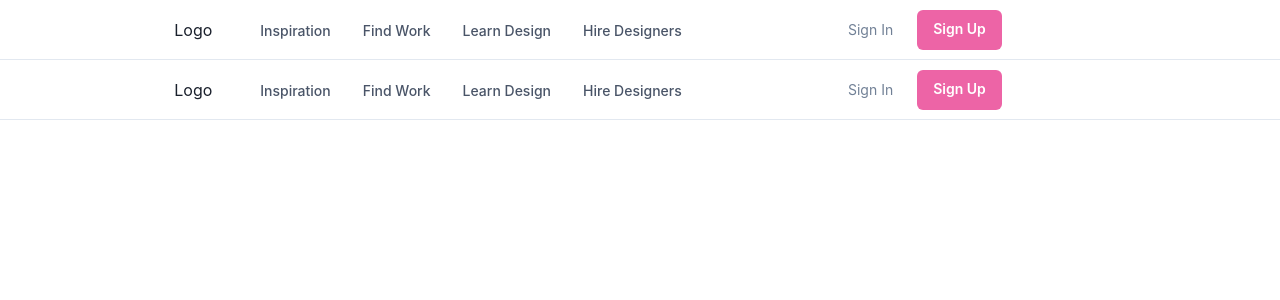
Repository: phob0/stake-app
Page: /layout
The author's editor kept a copy of each file at every save. The page is drawn from the files as they stood at one save, then again after the next save.
The browser window is 1280 px wide. The pictures show the whole page.
The project was rebuilt for these pictures with package versions that can differ from the ones it lists, and the page was loaded fresh each time. The framework's server and built-in components were replaced by stand-ins that run in the browser. Also part of the build but not shown: next.config.js.

Above is the page before, as saved 2023-08-31 03:22:55.

### pages/_app.tsx
import type { AppProps } from 'next/app'
import Layout from './layout'
import { ChakraProvider } from '@chakra-ui/react'

export default function ({ Component, pageProps }: AppProps) {
    return (
        <ChakraProvider>
            <Layout>
                <Component {...pageProps} />
            </Layout>
        </ChakraProvider>
    )
}

### pages/layout.tsx

import Navbar from './../components/Navbar/Navbar'

export default function Layout({ children }: {
    children: React.ReactNode;
}) {
    return (
        <div className="content">
            <Navbar />
            {children}
        </div>
    );
}

### components/Navbar/Navbar.tsx
'use client'

import {
  Box,
  Flex,
  Text,
  IconButton,
  Button,
  Stack,
  Collapse,
  Icon,
  Popover,
  PopoverTrigger,
  PopoverContent,
  useColorModeValue,
  useBreakpointValue,
  useDisclosure,
} from '@chakra-ui/react'
import {
  HamburgerIcon,
  CloseIcon,
  ChevronDownIcon,
  ChevronRightIcon,
} from '@chakra-ui/icons'

export default function Navbar() {
  const { isOpen, onToggle } = useDisclosure()

  return (
    <Box>
      <Flex
        bg={useColorModeValue('white', 'gray.800')}
        color={useColorModeValue('gray.600', 'white')}
        minH={'60px'}
        py={{ base: 2 }}
        px={{ base: 4 }}
        borderBottom={1}
        borderStyle={'solid'}
        borderColor={useColorModeValue('gray.200', 'gray.900')}
        align={'center'}>
        <Flex
          flex={{ base: 1, md: 'auto' }}
          ml={{ base: -2 }}
          display={{ base: 'flex', md: 'none' }}>
          <IconButton
            onClick={onToggle}
            icon={isOpen ? <CloseIcon w={3} h={3} /> : <HamburgerIcon w={5} h={5} />}
            variant={'ghost'}
            aria-label={'Toggle Navigation'}
          />
        </Flex>
        <Flex flex={{ base: 2 }} justify={{ base: 'center', md: 'center' }}>
          <Text
            textAlign={useBreakpointValue({ base: 'center', md: 'left' })}
            fontFamily={'heading'}
            color={useColorModeValue('gray.800', 'white')}>
            Logo
          </Text>

          <Flex display={{ base: 'none', md: 'flex' }} ml={10}>
            <DesktopNav />
          </Flex>
        </Flex>

        <Stack
          flex={{ base: 1, md: 1 }}
          justify={'flex-center'}
          direction={'row'}
          spacing={6}>
          <Button as={'a'} fontSize={'sm'} fontWeight={400} variant={'link'} href={'#'}>
            Sign In
          </Button>
          <Button
            as={'a'}
            display={{ base: 'none', md: 'inline-flex' }}
            fontSize={'sm'}
            fontWeight={600}
            color={'white'}
            bg={'pink.400'}
            href={'#'}
            _hover={{
              bg: 'pink.300',
            }}>
            Sign Up
          </Button>
        </Stack>
      </Flex>

      <Collapse in={isOpen} animateOpacity>
        <MobileNav />
      </Collapse>
    </Box>
  )
}

const DesktopNav = () => {
  const linkColor = useColorModeValue('gray.600', 'gray.200')
  const linkHoverColor = useColorModeValue('gray.800', 'white')
  const popoverContentBgColor = useColorModeValue('white', 'gray.800')

  return (
    <Stack direction={'row'} spacing={4}>
      {NAV_ITEMS.map((navItem) => (
        <Box key={navItem.label}>
          <Popover trigger={'hover'} placement={'bottom-start'}>
            <PopoverTrigger>
              <Box
                as="a"
                p={2}
                href={navItem.href ?? '#'}
                fontSize={'sm'}
                fontWeight={500}
                color={linkColor}
                _hover={{
                  textDecoration: 'none',
                  color: linkHoverColor,
                }}>
                {navItem.label}
              </Box>
            </PopoverTrigger>

            {navItem.children && (
              <PopoverContent
                border={0}
                boxShadow={'xl'}
                bg={popoverContentBgColor}
                p={4}
                rounded={'xl'}
                minW={'sm'}>
                <Stack>
                  {navItem.children.map((child) => (
                    <DesktopSubNav key={child.label} {...child} />
                  ))}
                </Stack>
              </PopoverContent>
            )}
          </Popover>
        </Box>
      ))}
    </Stack>
  )
}

const DesktopSubNav = ({ label, href, subLabel }: NavItem) => {
  return (
    <Box
      as="a"
      href={href}
      role={'group'}
      display={'block'}
      p={2}
      rounded={'md'}
      _hover={{ bg: useColorModeValue('pink.50', 'gray.900') }}>
      <Stack direction={'row'} align={'center'}>
        <Box>
          <Text
            transition={'all .3s ease'}
            _groupHover={{ color: 'pink.400' }}
            fontWeight={500}>
            {label}
          </Text>
          <Text fontSize={'sm'}>{subLabel}</Text>
        </Box>
        <Flex
          transition={'all .3s ease'}
          transform={'translateX(-10px)'}
          opacity={0}
          _groupHover={{ opacity: '100%', transform: 'translateX(0)' }}
          justify={'flex-end'}
          align={'center'}
          flex={1}>
          <Icon color={'pink.400'} w={5} h={5} as={ChevronRightIcon} />
        </Flex>
      </Stack>
    </Box>
  )
}

const MobileNav = () => {
  return (
    <Stack bg={useColorModeValue('white', 'gray.800')} p={4} display={{ md: 'none' }}>
      {NAV_ITEMS.map((navItem) => (
        <MobileNavItem key={navItem.label} {...navItem} />
      ))}
    </Stack>
  )
}

const MobileNavItem = ({ label, children, href }: NavItem) => {
  const { isOpen, onToggle } = useDisclosure()

  return (
    <Stack spacing={4} onClick={children && onToggle}>
      <Box
        py={2}
        as="a"
        href={href ?? '#'}
        justifyContent="space-between"
        alignItems="center"
        _hover={{
          textDecoration: 'none',
        }}>
        <Text fontWeight={600} color={useColorModeValue('gray.600', 'gray.200')}>
          {label}
        </Text>
        {children && (
          <Icon
            as={ChevronDownIcon}
            transition={'all .25s ease-in-out'}
            transform={isOpen ? 'rotate(180deg)' : ''}
            w={6}
            h={6}
          />
        )}
      </Box>

      <Collapse in={isOpen} animateOpacity style={{ marginTop: '0!important' }}>
        <Stack
          mt={2}
          pl={4}
          borderLeft={1}
          borderStyle={'solid'}
          borderColor={useColorModeValue('gray.200', 'gray.700')}
          align={'start'}>
          {children &&
            children.map((child) => (
              <Box as="a" key={child.label} py={2} href={child.href}>
                {child.label}
              </Box>
            ))}
        </Stack>
      </Collapse>
    </Stack>
  )
}

interface NavItem {
  label: string
  subLabel?: string
  children?: Array<NavItem>
  href?: string
}

const NAV_ITEMS: Array<NavItem> = [
  {
    label: 'Inspiration',
    children: [
      {
        label: 'Explore Design Work',
        subLabel: 'Trending Design to inspire you',
        href: '#',
      },
      {
        label: 'New & Noteworthy',
        subLabel: 'Up-and-coming Designers',
        href: '#',
      },
    ],
  },
  {
    label: 'Find Work',
    children: [
      {
        label: 'Job Board',
        subLabel: 'Find your dream design job',
        href: '#',
      },
      {
        label: 'Freelance Projects',
        subLabel: 'An exclusive list for contract work',
        href: '#',
      },
    ],
  },
  {
    label: 'Learn Design',
    href: '#',
  },
  {
    label: 'Hire Designers',
    href: '#',
  },
]

After the next save:
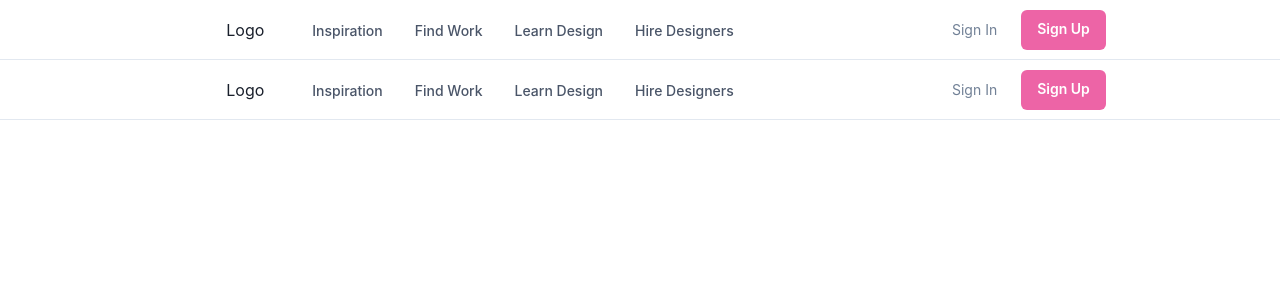
Saved 9 s later.
--- a/components/Navbar/Navbar.tsx
+++ b/components/Navbar/Navbar.tsx
@@ -49,7 +49,7 @@ export default function Navbar() {
             aria-label={'Toggle Navigation'}
           />
         </Flex>
-        <Flex flex={{ base: 2 }} justify={{ base: 'center', md: 'center' }}>
+        <Flex flex={{ base: 3 }} justify={{ base: 'center', md: 'center' }}>
           <Text
             textAlign={useBreakpointValue({ base: 'center', md: 'left' })}
             fontFamily={'heading'}
